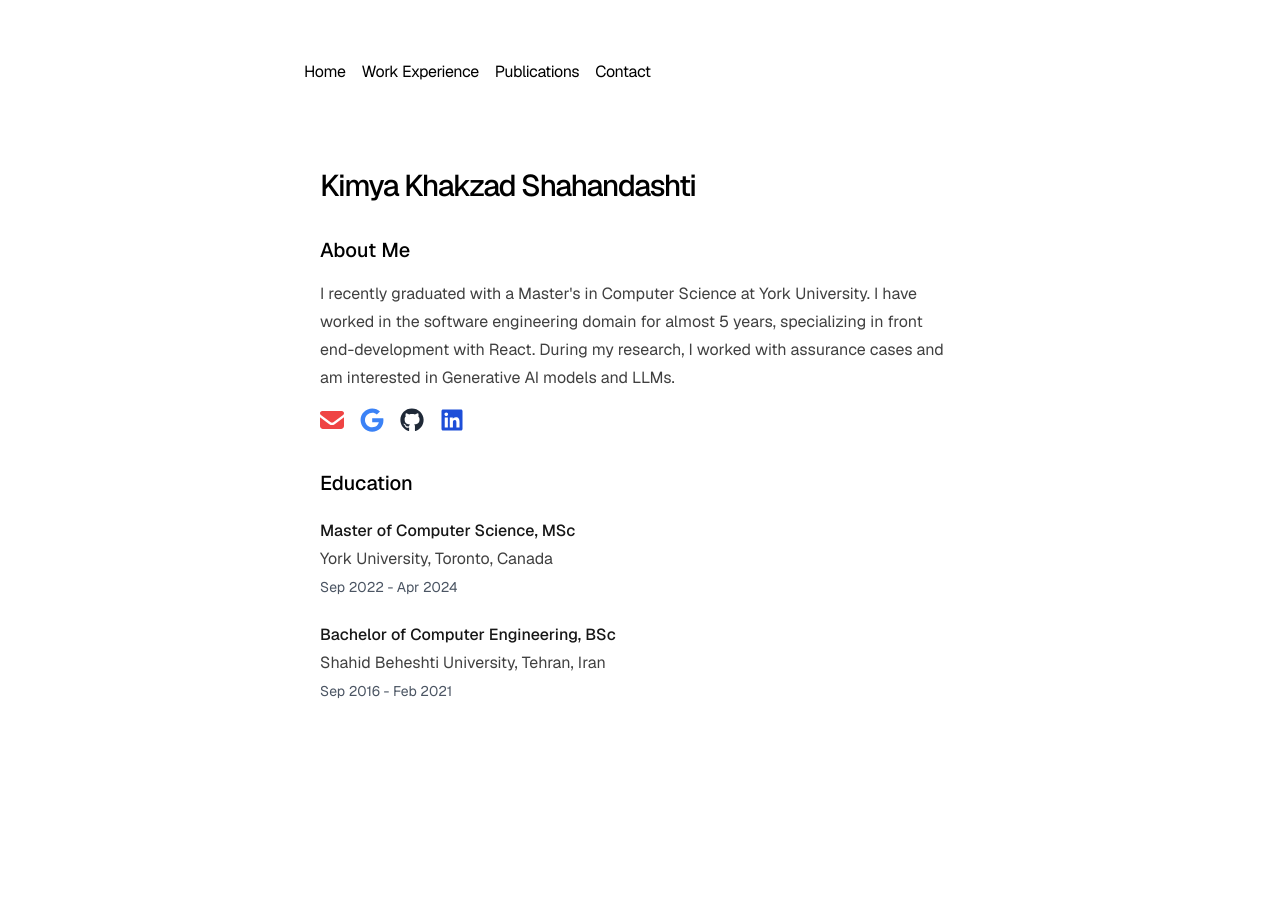
Repository: kimixz/kimixz.github.io
Page: /
The author's editor kept a copy of each file at every save. The page is drawn from the files as they stood at one save, then again after the next save.
The browser window is 1280 px wide. The pictures show the whole page.
The project was rebuilt for these pictures with package versions that can differ from the ones it lists, and the page was loaded fresh each time. Some packages were replaced by stand-ins written for this rebuild. The framework's server and built-in components were replaced by stand-ins that run in the browser. Also part of the build but not shown: next.config.mjs, app/blog/[slug]/sandpack.tsx.

Above is the page before, as saved 2024-07-28 19:03:44.

After the next save:
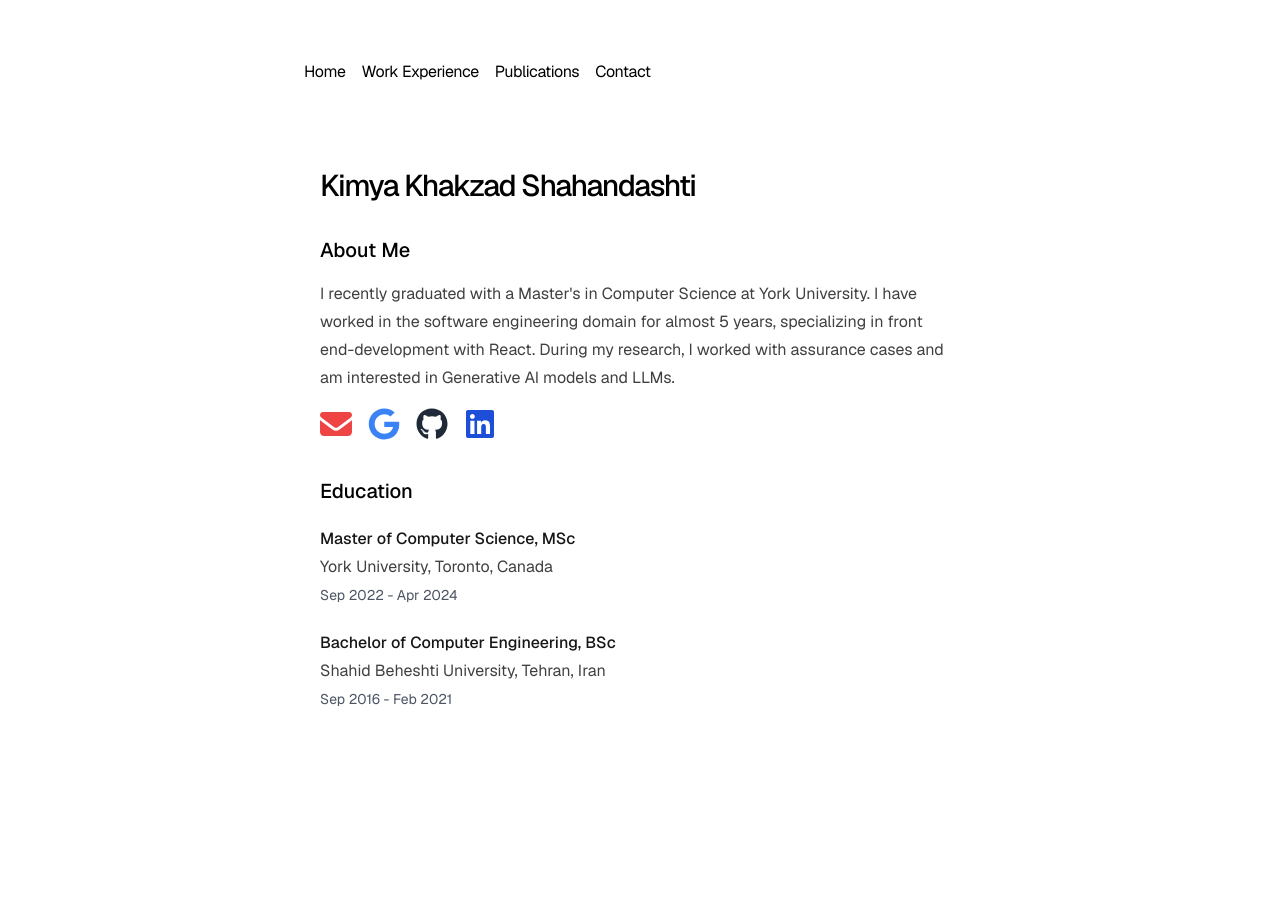
Saved 55 s later.
--- a/app/page.tsx
+++ b/app/page.tsx
@@ -16,16 +16,16 @@ export default function Page() {
         <div className="mt-4">
           <div className="flex space-x-4">
             <a href="mailto:kimya@yorku.ca" className="text-red-500">
-              <FontAwesomeIcon icon={faEnvelope} className="h-6 w-6" />
+              <FontAwesomeIcon icon={faEnvelope} className="h-8 w-8" />
             </a>
             <a href="https://scholar.google.com/citations?user=your-scholar-id" className="text-blue-500">
-              <FontAwesomeIcon icon={faGoogle} className="h-6 w-6" />
+              <FontAwesomeIcon icon={faGoogle} className="h-8 w-8" />
             </a>
             <a href="https://github.com/your-github-username" className="text-gray-800">
-              <FontAwesomeIcon icon={faGithub} className="h-6 w-6" />
+              <FontAwesomeIcon icon={faGithub} className="h-8 w-8" />
             </a>
             <a href="https://linkedin.com/in/kimya-khakzad" className="text-blue-700">
-              <FontAwesomeIcon icon={faLinkedin} className="h-6 w-6" />
+              <FontAwesomeIcon icon={faLinkedin} className="h-8 w-8" />
             </a>
           </div>
         </div>
